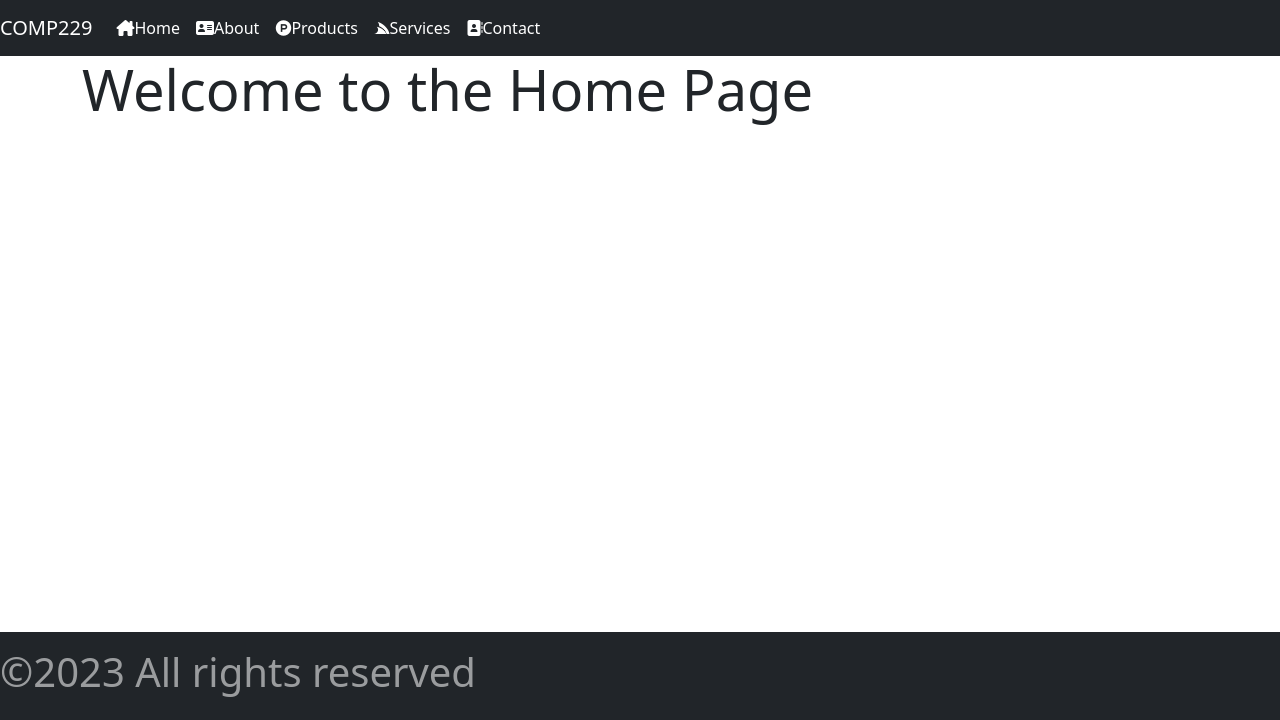
Repository: BlessingAjiboye/WEEK52023W
Page: http://localhost/
The author's editor kept a copy of each file at every save. The page is drawn from the files as they stood at one save, then again after the next save.
The browser window is 1280 px wide. The pictures show the whole page.
The page is served by the project's Node server (server.js). Other server files are loaded and not shown.

Above is the page before, as saved 2023-01-26 11:42:22.

### views/index.ejs
<!DOCTYPE html>
<html lang="en">
<head>
  <meta charset="UTF-8">
  <meta http-equiv="X-UA-Compatible" content="IE=edge">
  <meta name="viewport" content="width=device-width, initial-scale=1.0">
  <title><%= title %></title>
  <!--css section-->
  <link rel="stylesheet" href="/bootstrap/dist/css/bootstrap.min.css"/>
  <link rel="stylesheet" href="/@fortawesome/fontawesome-free/css/all.min.css"/>

  <link rel='stylesheet' href='/Content/app.css' />
</head>
<body>
  <!--Main Nav Navigation-->
  <nav class="navbar navbar-expand-lg navbar-dark bg-dark">
  <!--<div class="container-fluid">-->
    <a class="navbar-brand" href="#">COMP229</a>
    <button class="navbar-toggler" type="button" data-toggle="collapse" data-target="#navbarSupportedContent" aria-controls="navbarSupportedContent" aria-expanded="false" aria-label="Toggle navigation">
      <span class="navbar-toggler-icon"></span>
    </button>
    <div class="collapse navbar-collapse" id="navbarSupportedContent">
      <ul class="navbar-nav ml-auto">
        <% if(title=="Home"){%>
        <li class="nav-item active">
          <%}else{%>
            <li class="nav-item">
              <%}%>
          <a class="nav-link active" aria-current="page" href="/home"><i class="fa-solid fa-house-chimney"></i>Home</a>
        </li>
        <% if(title=="Home"){%>
        <li class="nav-item active">
          <%}else{%>
            <li class="nav-item">
              <%}%>
          <a class="nav-link active" aria-current="page" href="/about"><i class="fa-solid fa-address-card"></i>About</a>
        </li>
        <% if(title=="Home"){%>
        <li class="nav-item active">
           <%}else{%>
            <li class="nav-item">
              <%}%>
          <a class="nav-link active" aria-current="page" href="/products"><i class="fa-brands fa-product-hunt"></i>Products</a>
        </li>
        <% if(title=="Home"){%>
        <li class="nav-item active">
          <%}else{%>
            <li class="nav-item">
              <%}%>
          <a class="nav-link active" aria-current="page" href="/services"><i class="fa-brands fa-servicestack"></i>Services</a>
        </li>
        <% if(title=="Home"){%>
        <li class="nav-item active">
           <%}else{%>
            <li class="nav-item">
              <%}%>
          <a class="nav-link active" aria-current="page" href="/contact"><i class="fa-solid fa-address-book"></i>Contact</a>
        </li>


    <!--</div>-->
  </div>
</nav>
<main class="container">
  <div class="jumbotron">
    <h1 class="display-4">Welcome to the <%= title %> Page</h1>
    </div>
  </main>
  <footer>
    <nav class="navbar fixed-bottom navbar-dark bg-dark">
  <!--<div class="container-fluid">-->
    <h1 class="display-6 navbar-text">&copy;2023 All rights reserved</h1>
    <!--<a class="navbar-brand" href="#">Fixed bottom</a>-->
  </div>
</nav>
    </footer>
   <!--<h1><%= title %></h1>-->
   <!--<p>Welcome to <%= title %></p>-->
   <!--Script section-->
   <script src="/jquery/dist/jquery.min.js"></script>
   <script src="/bootstrap/dist/js/bootstrap.min.js"></script>
    <script src="/Scripts/app.js"></script>

</body>
</html>

### server.js
#!/usr/bin/env node

/**
 * Module dependencies.
 */

var app = require('./app');
var debug = require('debug')('week3:server');
var http = require('http');

/**
 * Get port from environment and store in Express.
 */

var port = normalizePort(process.env.PORT || '3000');
app.set('port', port);

/**
 * Create HTTP server.
 */

var server = http.createServer(app);

/**
 * Listen on provided port, on all network interfaces.
 */

server.listen(port);
server.on('error', onError);
server.on('listening', onListening);

/**
 * Normalize a port into a number, string, or false.
 */

function normalizePort(val) {
  var port = parseInt(val, 10);

  if (isNaN(port)) {
    // named pipe
    return val;
  }

  if (port >= 0) {
    // port number
    return port;
  }

  return false;
}

/**
 * Event listener for HTTP server "error" event.
 */

function onError(error) {
  if (error.syscall !== 'listen') {
    throw error;
  }

  var bind = typeof port === 'string'
    ? 'Pipe ' + port
    : 'Port ' + port;

  // handle specific listen errors with friendly messages
  switch (error.code) {
    case 'EACCES':
      console.error(bind + ' requires elevated privileges');
      process.exit(1);
      break;
    case 'EADDRINUSE':
      console.error(bind + ' is already in use');
      process.exit(1);
      break;
    default:
      throw error;
  }
}

/**
 * Event listener for HTTP server "listening" event.
 */

function onListening() {
  var addr = server.address();
  var bind = typeof addr === 'string'
    ? 'pipe ' + addr
    : 'port ' + addr.port;
  debug('Listening on ' + bind);
}

### routes/index.js
var express = require('express');
var router = express.Router();

/* GET home page. */
router.get('/', function(req, res, next) {
  res.render('index', { title: 'Home' });
});

router.get('/about', function(req, res, next) {
  res.render('index', { title: 'About' });
});
router.get('/products', function(req, res, next) {
  res.render('index', { title: 'Products' });
});
router.get('/contact', function(req, res, next) {
  res.render('index', { title: 'Contact' });
});
router.get('/services', function(req, res, next) {
  res.render('index', { title: 'Services' });
});

module.exports = router;

### app.js
let createError = require('http-errors');
let express = require('express');
let path = require('path');
let cookieParser = require('cookie-parser');
let logger = require('morgan');

let indexRouter = require('./routes/index');
let usersRouter = require('./routes/users');

let app = express();

// view engine setup
app.set('views', path.join(__dirname, 'views'));
app.set('view engine', 'ejs');

app.use(logger('dev'));
app.use(express.json());
app.use(express.urlencoded({ extended: false }));
app.use(cookieParser());
app.use(express.static(path.join(__dirname, 'public')));
app.use(express.static(path.join(__dirname, 'node_modules')));

app.use('/', indexRouter);
app.use('/users', usersRouter);

// catch 404 and forward to error handler
app.use(function(req, res, next) {
  next(createError(404));
});

// error handler
app.use(function(err, req, res, next) {
  // set locals, only providing error in development
  res.locals.message = err.message;
  res.locals.error = req.app.get('env') === 'development' ? err : {};

  // render the error page
  res.status(err.status || 500);
  res.render('error');
});

module.exports = app;

### public/Content/app.css

/*Custom css goes here*/

### public/Scripts/app.js
(function () {
    function start() {
        console.log("App Started...");
    }
    window.addEventListener("load", start);
})();

After the next save:
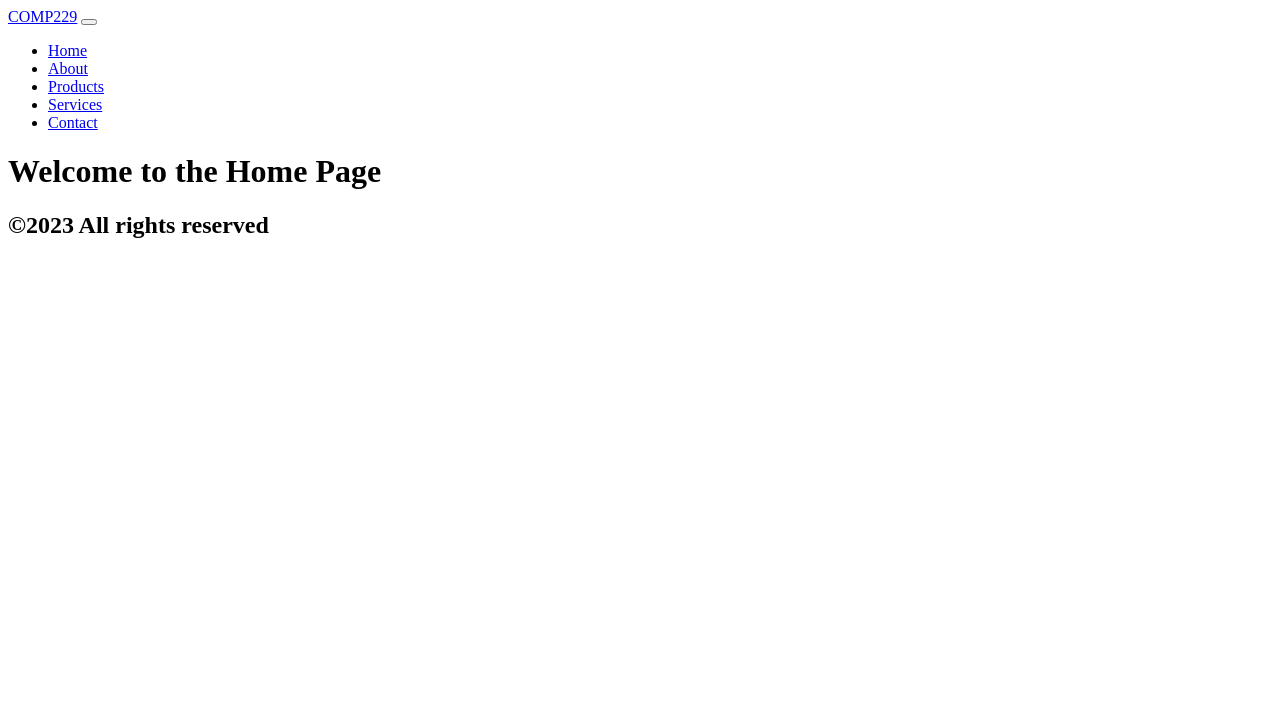
Saved 39 s later.
--- a/views/index.ejs
+++ b/views/index.ejs
@@ -1,17 +1,4 @@
-<!DOCTYPE html>
-<html lang="en">
-<head>
-  <meta charset="UTF-8">
-  <meta http-equiv="X-UA-Compatible" content="IE=edge">
-  <meta name="viewport" content="width=device-width, initial-scale=1.0">
-  <title><%= title %></title>
-  <!--css section-->
-  <link rel="stylesheet" href="/bootstrap/dist/css/bootstrap.min.css"/>
-  <link rel="stylesheet" href="/@fortawesome/fontawesome-free/css/all.min.css"/>
 
-  <link rel='stylesheet' href='/Content/app.css' />
-</head>
-<body>
   <!--Main Nav Navigation-->
   <nav class="navbar navbar-expand-lg navbar-dark bg-dark">
   <!--<div class="container-fluid">-->
